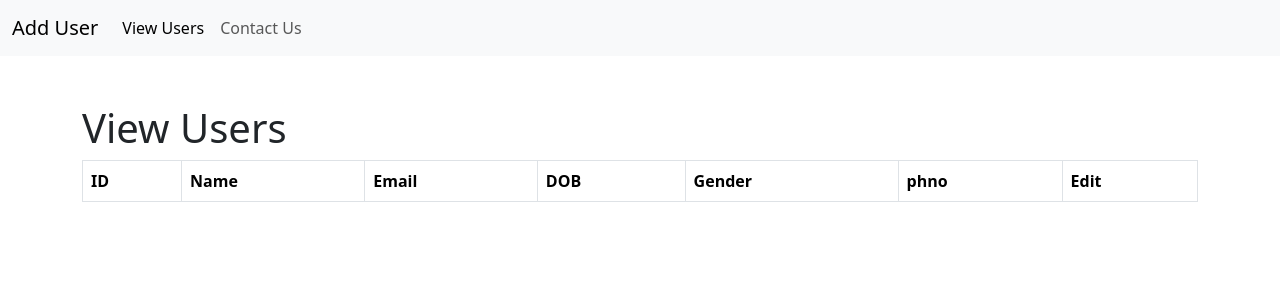
Repository: Parvezi9ahmad/01-MIniProject
Page: http://localhost/view-users
These files come from the project's save history. The page is drawn as it stood at one moment and after the next save; the edit follows.
The browser window is 1280 px wide. The pictures show the whole page.
The page is this project's Thymeleaf template; nobody is signed in. The template is opened directly, without the code that normally fills it, so the values that code supplies are empty.

Above is the page before, as saved 2023-12-20 06:10:15.

After the next save:
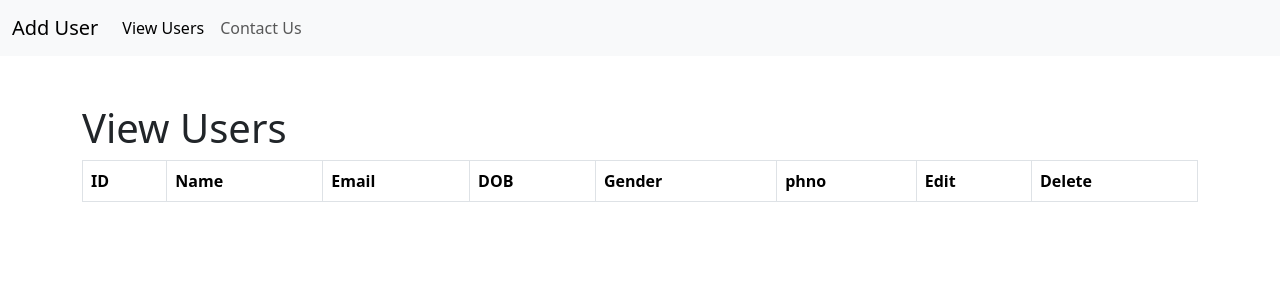
Saved 10 min 44 s later.
--- a/01-Mini-Project-User-Mgmt-App/src/main/resources/templates/view-users.html
+++ b/01-Mini-Project-User-Mgmt-App/src/main/resources/templates/view-users.html
@@ -42,6 +42,7 @@
 					<th>Gender</th>
 					<th>phno</th>
 					<th>Edit</th>
+					<th>Delete</th>
 				</tr>
 			</thead>
 			<tbody>
@@ -53,6 +54,7 @@
 			<td th:text="${user.gender}"></td>
 			<td th:text="${user.phno}"></td>
 			<td><a href="#" class="btn btn-primary">Edit</a></td>
+			<td><a href="#" class="btn btn-danger">Delete</a></td>
 
 			</tr>
 			</tbody>
